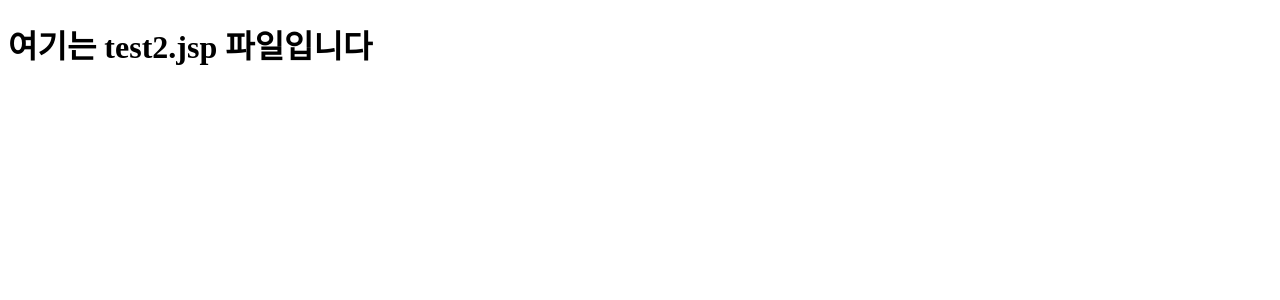
Repository: heojun0827/SpringMvc
Page: http://localhost/Test/test2.jsp
An editor plug-in stored every save of this project. The page is shown before and after the next save, followed by the edit.
The browser window is 1280 px wide. The pictures show the whole page.
The page is served by Tomcat 9.

Above is the page before, as saved 2023-06-02 05:35:46.

After the next save:
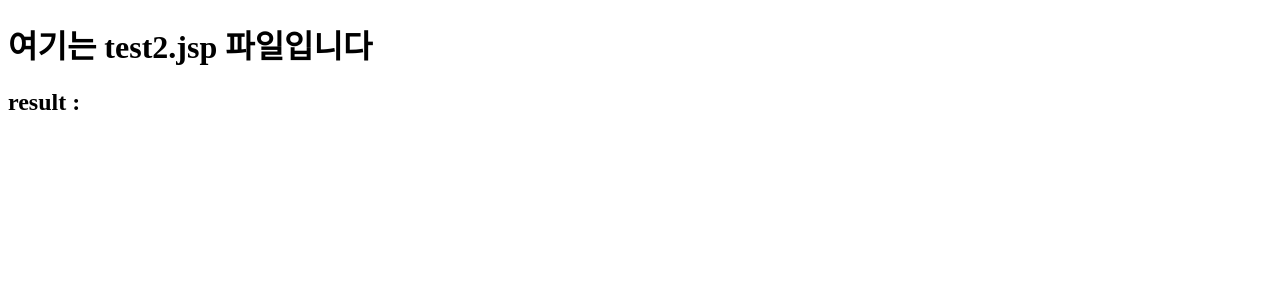
Saved 33 s later.
--- a/Test/WebContent/test2.jsp
+++ b/Test/WebContent/test2.jsp
@@ -8,5 +8,6 @@
 </head>
 <body>
 	<h1>여기는 test2.jsp 파일입니다</h1>
+	<h2>result : ${result}</h2>
 </body>
 </html>
